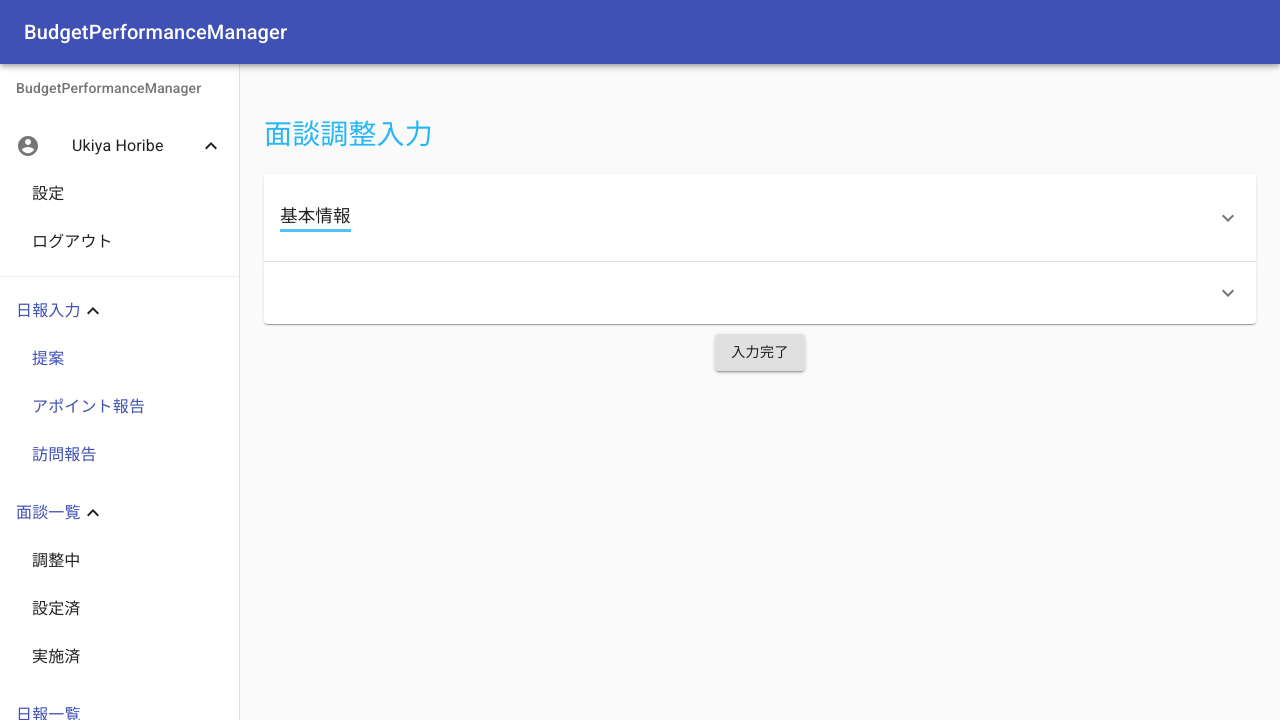
Repository: ukiyah/test
Page: /form_arrange_interview (app in src/)
An editor plug-in stored every save of this project. The page is shown before and after the next save, followed by the edit.
The browser window is 1280 px wide. The pictures show the whole page.
The project was rebuilt for these pictures with package versions that can differ from the ones it lists, and the page was loaded fresh each time. Also part of the build but not shown: src/Button.js, src/proposal/Table.js, src/proposal/list_proposal.js, src/Title.js, src/Chart.js, src/Deposits.js, src/Orders.js, src/Dashboard.js and 18 more. Imported but missing from the stored project, and not drawn on this page: src/appointment/visit/form_visit.

Above is the page before, as saved 2020-02-27 14:12:21.

### src/index.css
body {
  margin: 0;
  font-family: -apple-system, BlinkMacSystemFont, 'Segoe UI', 'Roboto', 'Oxygen',
    'Ubuntu', 'Cantarell', 'Fira Sans', 'Droid Sans', 'Helvetica Neue',
    sans-serif;
  -webkit-font-smoothing: antialiased;
  -moz-osx-font-smoothing: grayscale;
}

code {
  font-family: source-code-pro, Menlo, Monaco, Consolas, 'Courier New',
    monospace;
}

.button {
  color: #000;
}

h1 {
  text-align: center;
  color:#29B6F6;
  font-weight: normal;
}

### src/App.js
import React from 'react';
import 'typeface-roboto';
import {
  BrowserRouter,
  Route
} from "react-router-dom";
import list_proposal from "./proposal/list_proposal";
import Dashboard from "./Dashboard";
import list_interview from "./interview/list_interview";
import list_closing from "./closing/list_closing";
import list_appointment from "./appointment/list_appointment";
import list_daily_report from "./daily_report/list_daily_report";
import form_daily_report from "./daily_report/form_daily_report";
import form_proposal from "./proposal/form_proposal";
import form_appointment from "./appointment/appointment/form_appointment.jsx";
import form_visit from "./appointment/visit/form_visit";
import form_arrange_interview from "./interview/arrange/form_arrange_interview";
import form_confirm_interview from "./interview/confirm/form_confirm_interview";
import form_complete_interview from "./interview/complete/form_complete_interview";
class App extends React.Component{

  render() {
    return (
      <div>

        <BrowserRouter>
          <div>
            <Route exact path="/" component={Dashboard} />
            <Route path="/list_proposal" component={list_proposal} />
            <Route path="/list_interview" component={list_interview} />
            <Route path="/list_closing" component={list_closing} />
            <Route path="/list_appointment" component={list_appointment} />
            <Route path="/list_daily_report" component={list_daily_report} />
            <Route path="/form_daily_report" component={form_daily_report} />
            <Route path="/form_proposal" component={form_proposal} />
            <Route path="/form_appointment" component={form_appointment} />
            <Route path="/form_visit" component={form_visit} />
            <Route path="/form_arrange_interview" component={form_arrange_interview} />
            <Route path="/form_confirm_interview" component={form_confirm_interview} />
            <Route path="/form_complete_interview" component={form_complete_interview} />
         </div>
        </BrowserRouter>
        {/* <ClippedDrawer /> */}
      </div>
    );
  }

}

export default App;

### src/interview/arrange/form_arrange_interview.jsx
import React from 'react';
import clsx from 'clsx';
import { makeStyles } from '@material-ui/core/styles';
import CssBaseline from '@material-ui/core/CssBaseline';


import Container from '@material-ui/core/Container';
import Grid from '@material-ui/core/Grid';
import Drawer from "../../Drawer";
import ExpansionPanel from "./ExpansionPanel.jsx";
import Button from "@material-ui/core/Button";

const useStyles = makeStyles(theme => ({
  root: {
    display: 'flex',
  },

  appBarSpacer: theme.mixins.toolbar,
  content: {
    flexGrow: 1,
    height: '100vh',
    overflow: 'auto',
  },
  container: {
    paddingTop: theme.spacing(4),
    paddingBottom: theme.spacing(4),
  },

  fixedHeight: {
    height: 520,
  },
}));

export default function Dashboard() {
  const classes = useStyles();
  return (
    <div className={classes.root}>
      <CssBaseline />
      <Drawer />
      <main className={classes.content}>
        <div className={classes.appBarSpacer} />
        <Container maxWidth="lg" className={classes.container}>
          <Grid container spacing={3}>

            <Grid item xs={12} >
              <span style={{display:"flex"}}>
                <h1>面談調整入力</h1>
              </span>
                <ExpansionPanel />
              <div style={{marginTop: 10, textAlign: "center"}}>
                <Button variant="contained" >入力完了</Button>
              </div>

            </Grid>

          </Grid>

        </Container>
      </main>
    </div>
  );
}

### src/Drawer.js
import React from 'react';
import { makeStyles } from '@material-ui/core/styles';
import Drawer from '@material-ui/core/Drawer';
import AppBar from '@material-ui/core/AppBar';
import CssBaseline from '@material-ui/core/CssBaseline';
import Toolbar from '@material-ui/core/Toolbar';
import Typography from '@material-ui/core/Typography';
import SimpleTable from "./proposal/Table";
import NestedList from "./NestedList";
const drawerWidth = 240;

const useStyles = makeStyles(theme => ({
  root: {
    display: 'flex',
  },
  appBar: {
    zIndex: theme.zIndex.drawer + 1,
  },
  drawer: {
    width: drawerWidth,
    flexShrink: 0,
  },
  drawerPaper: {
    width: drawerWidth,
  },
  content: {
    flexGrow: 1,
    padding: theme.spacing(3),
  },
  toolbar: theme.mixins.toolbar,
}));

export default function ClippedDrawer() {
  const classes = useStyles();

  return (
    <div className={classes.root}>
      <CssBaseline />
      <AppBar position="fixed" className={classes.appBar}>
        <Toolbar>
          <Typography variant="h6" noWrap>
            BudgetPerformanceManager
          </Typography>
        </Toolbar>
      </AppBar>
      <Drawer
        className={classes.drawer}
        variant="permanent"
        classes={{
          paper: classes.drawerPaper,
        }}
      >
        <div className={classes.toolbar} />
        <NestedList />
      </Drawer>

    </div>
  );
}

### src/interview/arrange/ExpansionPanel.jsx
import React from 'react';
import { makeStyles } from '@material-ui/core/styles';
import ExpansionPanel from '@material-ui/core/ExpansionPanel';
import ExpansionPanelSummary from '@material-ui/core/ExpansionPanelSummary';
import ExpansionPanelDetails from '@material-ui/core/ExpansionPanelDetails';
import Typography from '@material-ui/core/Typography';
import ExpandMoreIcon from '@material-ui/icons/ExpandMore';
import SelectBox from "../../SelectBox.jsx";
import TextField from "../../TextField";
import Button from "@material-ui/core/Button";
import Switch from "../../Switch";
import MultiLineTextField from "../../MultiLineTextField";
import RadioButton from "../RadioButton_Collabo";
import ContainedButtons from "../../Button";
const useStyles = makeStyles(theme => ({
  root: {
    width: '100%',
  },
  heading: {
    fontSize: theme.typography.pxToRem(15),
    fontWeight: theme.typography.fontWeightRegular,
  },
  list: {
    marginBottom: 5,
  }
}));

export default function SimpleExpansionPanel() {
  const classes = useStyles();

  return (
    <div className={classes.root}>
      <ExpansionPanel>
        <ExpansionPanelSummary
          expandIcon={<ExpandMoreIcon />}
          aria-controls="panel1a-content"
          id="panel1a-header"
        >
          <Typography className={classes.heading}><h3 style={{ fontWeight: "normal", borderBottom: "solid 3px #4FC3F7" }}>
            基本情報
            </h3>
          </Typography>
        </ExpansionPanelSummary>
        <ExpansionPanelDetails>
          <Typography >
            <h4 style={{fontWeight:"normal",borderBottom: "solid 1px #4FC3F7"}}>
              企業情報の入力<Button disabled style={{color:"red"}}>必須</Button>
            </h4>
            {/* <div style={{ display: "flex" }}> */}
              <TextField label="上位企業" />
              <TextField label="下位企業" />
            {/* </div> */}
            <br></br>
            <h4 style={{fontWeight:"normal",borderBottom: "solid 1px #4FC3F7"}}>
              コラボ情報の入力<Button disabled style={{color:"red"}}>必須</Button>
            </h4>
            <br></br>
            <Switch label="コラボ有無" />
            <RadioButton />
            {/* <SelectBox value="上位・下位" item1="上位" item2="下位" /> */}
            <TextField label="コラボ担当" />
            <h4 style={{fontWeight:"normal",borderBottom: "solid 1px #4FC3F7"}}>
              備考
            </h4>
            <MultiLineTextField />
          </Typography>
        </ExpansionPanelDetails>
      </ExpansionPanel>
      <ExpansionPanel>
        <ExpansionPanelSummary
          expandIcon={<ExpandMoreIcon />}
          aria-controls="panel1a-content"
          id="panel1a-header"
        >
          <Typography className={classes.heading}><h3 style={{ fontWeight: "normal", borderBottom: "solid 3px #4FC3F7" }}></h3></Typography>
        </ExpansionPanelSummary>
        <ExpansionPanelDetails>
          <Typography >
            <h4 style={{fontWeight:"normal",borderBottom: "solid 1px #4FC3F7"}}>
              企業情報の入力<Button disabled style={{color:"red"}}>必須</Button>
            </h4>
            {/* <div style={{ display: "flex" }}> */}
              <TextField label="上位企業" />
              <TextField label="下位企業" />
            {/* </div> */}
            <br></br>
            <h4 style={{fontWeight:"normal",borderBottom: "solid 1px #4FC3F7"}}>
              コラボ情報の入力<Button disabled style={{color:"red"}}>必須</Button>
            </h4>
            <br></br>
            <Switch label="コラボ有無" />
            <br></br>
            <SelectBox value="上位・下位" item1="上位" item2="下位" />
            <TextField label="コラボ担当" />
            <h4 style={{fontWeight:"normal",borderBottom: "solid 1px #4FC3F7"}}>
              備考
            </h4>
            <MultiLineTextField />
          </Typography>
        </ExpansionPanelDetails>
      </ExpansionPanel>


    </div>
  );
}

### src/NestedList.js
import React from 'react';
import { makeStyles } from '@material-ui/core/styles';
import ListSubheader from '@material-ui/core/ListSubheader';
import List from '@material-ui/core/List';
import ListItem from '@material-ui/core/ListItem';
import ListItemIcon from '@material-ui/core/ListItemIcon';
import ListItemText from '@material-ui/core/ListItemText';
import Collapse from '@material-ui/core/Collapse';
import InboxIcon from '@material-ui/icons/MoveToInbox';
import DraftsIcon from '@material-ui/icons/Drafts';
import SendIcon from '@material-ui/icons/Send';
import ExpandLess from '@material-ui/icons/ExpandLess';
import ExpandMore from '@material-ui/icons/ExpandMore';
import StarBorder from '@material-ui/icons/StarBorder';
import AccountCircle from '@material-ui/icons/AccountCircle';
import Divider from '@material-ui/core/Divider';
import Link from '@material-ui/core/Link';
const useStyles = makeStyles(theme => ({
  root: {
    width: '100%',
    maxWidth: 360,
    backgroundColor: theme.palette.background.paper,
  },
  nested: {
    paddingLeft: theme.spacing(4),
  },
}));

export default function NestedList() {
  const classes = useStyles();
  const [open1, setOpen1] = React.useState(true);
  const [open2, setOpen2] = React.useState(true);
  const [open3, setOpen3] = React.useState(true);
  const [open4, setOpen4] = React.useState(true);

  const handleClick1 = () => {
    setOpen1(!open1);
  };
  const handleClick2 = () => {
    setOpen2(!open2);
  };
  const handleClick3 = () => {
    setOpen3(!open3);
  };
  const handleClick4 = () => {
    setOpen4(!open4);
  };
  return (
    <List
      component="nav"
      aria-labelledby="nested-list-subheader"
      subheader={
        <ListSubheader component="div" id="nested-list-subheader">
          BudgetPerformanceManager
        </ListSubheader>
      }
      className={classes.root}
    >
      <div style={{ marginTop: 10, marginBottom: 10 }}>
        <ListItem button onClick={handleClick1}>
          <ListItemIcon>
            <AccountCircle />
          </ListItemIcon>
          <ListItemText primary="Ukiya Horibe" />
          {open1 ? <ExpandLess /> : <ExpandMore />}
        </ListItem>
        <Collapse in={open1} timeout="auto" unmountOnExit>
          <List component="div" disablePadding>
            <ListItem button className={classes.nested}>
              {/* <ListItemIcon>
              <StarBorder />
            </ListItemIcon> */}
              <ListItemText primary="設定" />
            </ListItem>
            <ListItem button className={classes.nested}>
              <ListItemText primary="ログアウト" />
            </ListItem>
          </List>
        </Collapse>
      </div>
      <Divider light />
      <div style={{ marginTop: 10 }}>
        <ListItem button onClick={handleClick2}>
          <Link href="form_daily_report" >
            <ListItemText primary="日報入力" />
          </Link>
          {open2 ? <ExpandLess /> : <ExpandMore />}
        </ListItem>
        <Collapse in={open2} timeout="auto" unmountOnExit>
          <List component="div" disablePadding>
            <ListItem button className={classes.nested}>
              <Link href="form_proposal" >
                <ListItemText primary="提案" />
              </Link>
            </ListItem>
            <ListItem button className={classes.nested}>
              <Link href="form_appointment" >
                <ListItemText primary="アポイント報告" />
              </Link>
            </ListItem>
            <ListItem button className={classes.nested}>
              <Link href="form_visit">
                <ListItemText primary="訪問報告" />
              </Link>
            </ListItem>
          </List>
        </Collapse>
      </div>
      <div style={{ marginTop: 10 }}>
        <ListItem button onClick={handleClick3}>
          <Link href="list_interview" >
            <ListItemText primary="面談一覧" />
          </Link>

          {open3 ? <ExpandLess /> : <ExpandMore />}
        </ListItem>
        <Collapse in={open3} timeout="auto" unmountOnExit>
          <List component="div" disablePadding>
            <ListItem button className={classes.nested}>
              <ListItemText primary="調整中" />
            </ListItem>
            <ListItem button className={classes.nested}>
              <ListItemText primary="設定済" />
            </ListItem>
            <ListItem button className={classes.nested}>
              <ListItemText primary="実施済" />
            </ListItem>
          </List>
        </Collapse>
      </div>
      <div style={{ marginTop: 10 }}>
        <ListItem button>
          <Link href="/list_daily_report" >
            <ListItemText primary="日報一覧" />
          </Link>
        </ListItem>
      </div>
      <div style={{ marginTop: 10 }}>
        <ListItem button onClick={handleClick4}>
          <ListItemText primary="その他の一覧" />

          {open4 ? <ExpandLess /> : <ExpandMore />}
        </ListItem>
        <Collapse in={open4} timeout="auto" unmountOnExit>
          <List component="div" disablePadding>
            <ListItem button className={classes.nested}>
              <Link href="/list_proposal" >
                <ListItemText primary="提案" />
              </Link>

            </ListItem>
            <ListItem button className={classes.nested}>
              <Link href="/list_closing" >
                <ListItemText primary="成約" />
              </Link>
            </ListItem>
            <ListItem button className={classes.nested}>
              <Link href="/list_appointment" >
                <ListItemText primary="架電報告" />
              </Link>
            </ListItem>
          </List>
        </Collapse>
      </div>
    </List>
  );
}

### src/SelectBox.jsx
import React from 'react';
import { makeStyles } from '@material-ui/core/styles';
import InputLabel from '@material-ui/core/InputLabel';
import FormControl from '@material-ui/core/FormControl';
import Select from '@material-ui/core/Select';

const useStyles = makeStyles(theme => ({
  formControl: {
    margin: theme.spacing(1),
    minWidth: 120,
  },
  selectEmpty: {
    marginTop: theme.spacing(2),
  },
}));

export default function NativeSelects(props) {
  const classes = useStyles();
  const [state, setState] = React.useState({
    age: '',
    name: 'hai',
  });



  const handleChange = name => event => {
    setState({
      ...state,
      [name]: event.target.value,
    });
  };

  return (
    <div>

      <FormControl className={classes.formControl}>
        <InputLabel htmlFor="age-native-simple">{props.value}</InputLabel>
        <Select
          native
          value={state.age}
          onChange={handleChange('age')}
          inputProps={{
            name: 'age',
            id: 'age-native-simple',
          }}
        >
          <option value="" />
          <option value={10}>{props.item1}</option>
          <option value={20}>{props.item2}</option>
          <option value={30}>{props.item3}</option>
        </Select>
      </FormControl>




    </div>
  );
}

### src/TextField.jsx
import React from 'react';
import { makeStyles } from '@material-ui/core/styles';
import TextField from '@material-ui/core/TextField';

const useStyles = makeStyles(theme => ({
  root: {
    '& > *': {
      margin: theme.spacing(1),
      width: 200,
    },
  },
}));

export default function BasicTextFields(props) {
  const classes = useStyles();

  return (
    <form className={classes.root} noValidate autoComplete="off">
      <TextField id="standard-basic" label={props.label} />
    </form>
  );
}

### src/Switch.jsx
import React from 'react';
import FormGroup from '@material-ui/core/FormGroup';
import FormControlLabel from '@material-ui/core/FormControlLabel';
import Switch from '@material-ui/core/Switch';
export default function SwitchLabels(props) {

  const [state, setState] = React.useState({
    checkedB: true,
  });

  const handleChange = name => event => {
    setState({ ...state, [name]: event.target.checked });
  };
  return (
    <FormGroup row>

      <FormControlLabel
        control={
          <Switch
            checked={state.checkedB}
            onChange={handleChange('checkedB')}
            value="checkedB"
            color="primary"
          />
        }
        label={props.label}
      />
    </FormGroup>
  );
}

### src/MultiLineTextField.jsx
import React from 'react';
import { makeStyles } from '@material-ui/core/styles';
import TextField from '@material-ui/core/TextField';

const useStyles = makeStyles(theme => ({
  root: {
    '& .MuiTextField-root': {
      margin: theme.spacing(1),
      width: 600,
    },
  },
}));

export default function MultilineTextFields(props) {
  const classes = useStyles();
  const [value, setValue] = React.useState('Controlled');

  const handleChange = event => {
    setValue(event.target.value);
  };

  return (
    <form className={classes.root} noValidate autoComplete="off">
        <TextField
          id="outlined-multiline-static"
          label={props.label}
          multiline
          rows="4"
          variant="outlined"
        />
    </form>
  );
}

### src/interview/RadioButton_Collabo.jsx
import React from 'react';
import { makeStyles } from '@material-ui/core/styles';
import Radio from '@material-ui/core/Radio';
import RadioGroup from '@material-ui/core/RadioGroup';
import FormHelperText from '@material-ui/core/FormHelperText';
import FormControlLabel from '@material-ui/core/FormControlLabel';
import FormControl from '@material-ui/core/FormControl';
import FormLabel from '@material-ui/core/FormLabel';
const useStyles = makeStyles(theme => ({
  formControl: {
    margin: theme.spacing(3),
  },
}));

export default function RadioButtonsGroup() {
  const classes = useStyles();
  const [value, setValue] = React.useState('female');

  const handleChange = event => {
    setValue(event.target.value);
  };

  return (
    <div>
      <FormControl component="fieldset" className={classes.formControl}>
        <FormLabel component="legend"></FormLabel>
        <RadioGroup aria-label="gender" name="gender1" value={value} onChange={handleChange}>
          <FormControlLabel value="female" control={<Radio color="primary"/>} label="上位" />
          <FormControlLabel value="male" control={<Radio color="primary"/>} label="下位" />
        </RadioGroup>
      </FormControl>

    </div>
  );
}

Loaded but not shown: src/index.js (common file); src/serviceWorker.js (common file); src/appointment/appointment/form_appointment.jsx (no stored copy; drawn as an empty file)

After the next save:
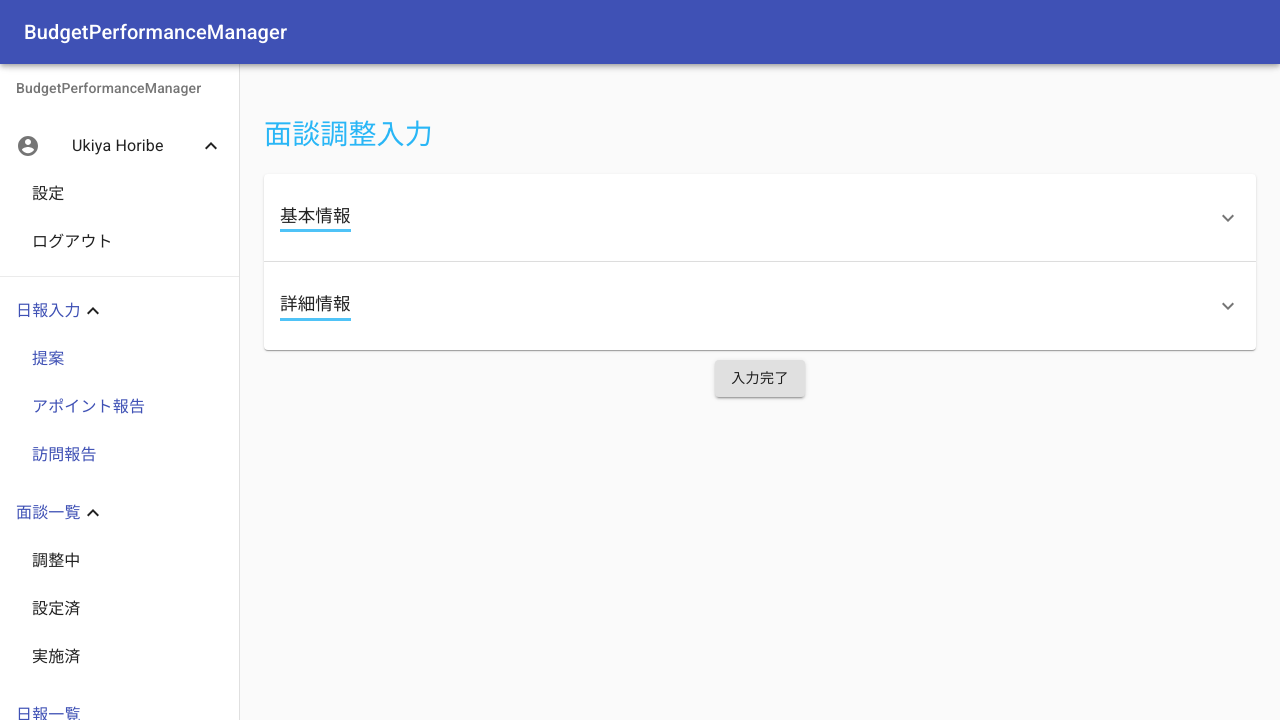
Saved 109 s later.
--- a/src/interview/arrange/ExpansionPanel.jsx
+++ b/src/interview/arrange/ExpansionPanel.jsx
@@ -72,7 +72,11 @@ export default function SimpleExpansionPanel() {
           aria-controls="panel1a-content"
           id="panel1a-header"
         >
-          <Typography className={classes.heading}><h3 style={{ fontWeight: "normal", borderBottom: "solid 3px #4FC3F7" }}></h3></Typography>
+          <Typography className={classes.heading}>
+            <h3 style={{ fontWeight: "normal", borderBottom: "solid 3px #4FC3F7" }}>
+              詳細情報
+            </h3>
+          </Typography>
         </ExpansionPanelSummary>
         <ExpansionPanelDetails>
           <Typography >
